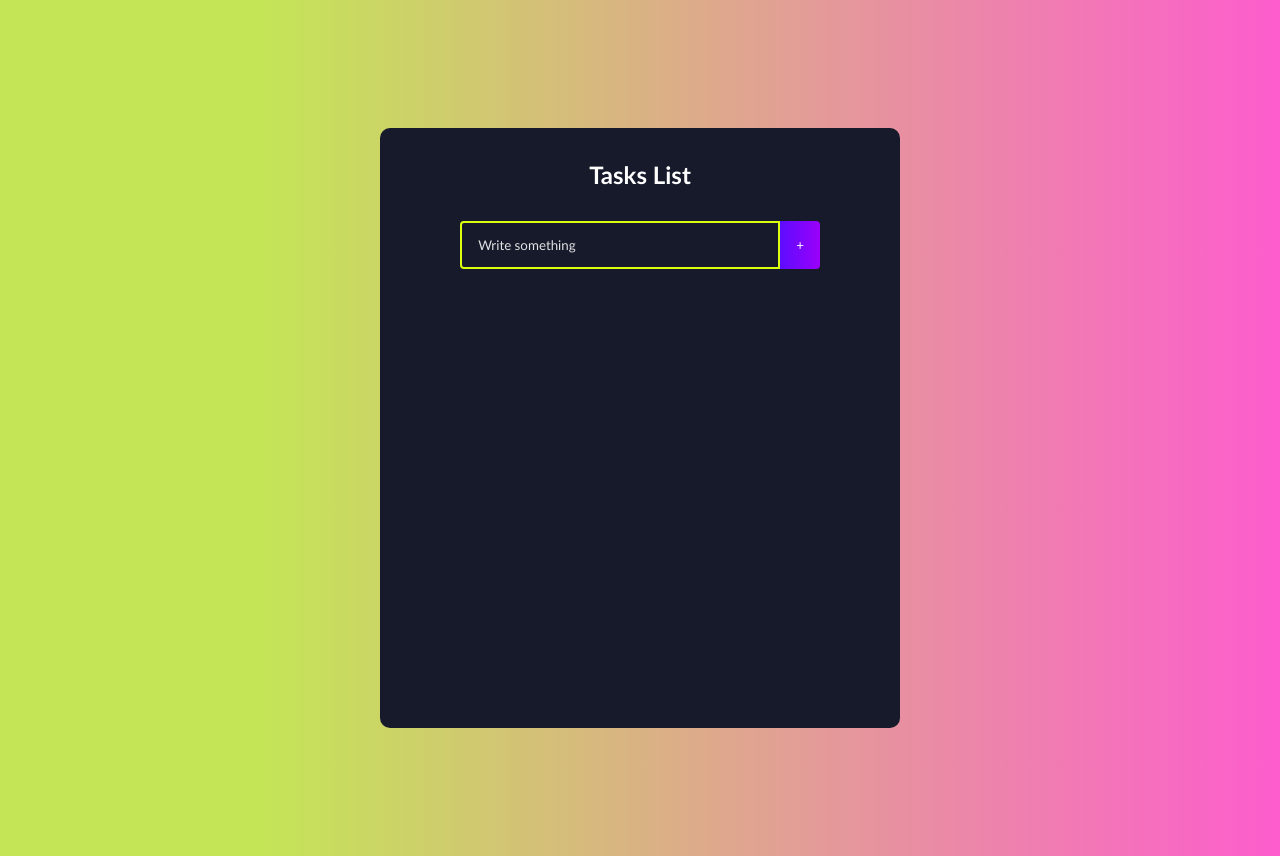
Repository: pratham0305/LGMVIP-Task-01
Page: /
The author's editor kept a copy of each file at every save. The page is drawn from the files as they stood at one save, then again after the next save.
The browser window is 1280 px wide. The pictures show the whole page.
The project was rebuilt for these pictures with package versions that can differ from the ones it lists, and the page was loaded fresh each time. Also part of the build but not shown: src/components/Todo.js.

Above is the page before, as saved 2022-03-21 17:15:41.

### public/index.html
<!DOCTYPE html>
<html lang="en">
  <head>
    <meta charset="utf-8" />
    <link rel="icon" href="%PUBLIC_URL%/favicon.ico" />
    <meta name="viewport" content="width=device-width, initial-scale=1" />
    <meta name="theme-color" content="#000000" />
    <meta
      name="description"
      content="Web site created using create-react-app"
    />
    <link rel="apple-touch-icon" href="%PUBLIC_URL%/logo192.png" />
    <!--
      manifest.json provides metadata used when your web app is installed on a
      user's mobile device or desktop. See https://developers.google.com/web/fundamentals/web-app-manifest/
    -->
    <link rel="manifest" href="%PUBLIC_URL%/manifest.json" />
    <!--
      Notice the use of %PUBLIC_URL% in the tags above.
      It will be replaced with the URL of the `public` folder during the build.
      Only files inside the `public` folder can be referenced from the HTML.

      Unlike "/favicon.ico" or "favicon.ico", "%PUBLIC_URL%/favicon.ico" will
      work correctly both with client-side routing and a non-root public URL.
      Learn how to configure a non-root public URL by running `npm run build`.
    -->
    <title>Task-2</title>
  </head>
  <body>
    <noscript>You need to enable JavaScript to run this app.</noscript>
    <div id="root"></div>
    <!--
      This HTML file is a template.
      If you open it directly in the browser, you will see an empty page.

      You can add webfonts, meta tags, or analytics to this file.
      The build step will place the bundled scripts into the <body> tag.

      To begin the development, run `npm start` or `yarn start`.
      To create a production bundle, use `npm run build` or `yarn build`.
    -->
  </body>
</html>

### src/App.css
* {
  box-sizing: border-box;
  margin: 0;
  padding: 0;
  font-family: 'Trebuchet MS', 'Lucida Sans Unicode', 'Lucida Grande',
    'Lucida Sans', Arial, sans-serif;
}

body {
  background: linear-gradient(
    90deg,
    rgb(196, 230, 86) 20%,
    rgb(253, 93, 205) 100%
  );
}
.todo-app {
  display: flex;
  flex-direction: column;
  justify-content: start;
  width: 520px;
  min-height: 600px;
  background: #161a2b;
  text-align: center;
  margin: 128px auto;
  border-radius: 10px;
  padding-bottom: 32px;
}

h1 {
  margin: 32px 0;
  color: #fff;
  font-size: 24px;
}

.complete {
  text-decoration: line-through;
  opacity: 0.4;
}

.todo-form {
  margin-bottom: 32px;
}

.todo-input {
  padding: 14px 32px 14px 16px;
  border-radius: 4px 0 0 4px;
  border: 2px solid #dbff0c;
  outline: none;
  width: 320px;
  background: transparent;
  color: rgb(255, 252, 96);
}

.todo-input::placeholder {
  color: #e2e2e2;
}

.todo-button {
  padding: 16px;
  border: none;
  border-radius: 0 4px 4px 0;
  cursor: pointer;
  outline: none;
  background: linear-gradient(
    90deg,
    rgba(93, 12, 255, 1) 0%,
    rgba(155, 0, 250, 1) 100%
  );
  color: #fff;
  text-transform: capitalize;
}

.todo-input.edit {
  border: 2px solid #149fff;
}

.todo-button.edit {
  background: linear-gradient(
    90deg,
    rgba(20, 159, 255, 1) 0%,
    rgba(17, 122, 255, 1) 100%
  );
  padding: 16px 22px;
}

.todo-container {
  display: flex;
  flex-direction: row;
  position: relative;
}

.todo-row {
  display: flex;
  justify-content: space-between;
  align-items: center;
  margin: 4px auto;
  color: #fff;
  background: linear-gradient(
    90deg,
    rgba(255, 118, 20, 1) 0%,
    rgba(255, 84, 17, 1) 100%
  );

  padding: 16px;
  border-radius: 5px;
  width: 90%;
}

.todo-row:nth-child(4n + 1) {
  background: linear-gradient(
    90deg,
    rgba(93, 12, 255, 1) 0%,
    rgba(155, 0, 250, 1) 100%
  );
}

.todo-row:nth-child(4n + 2) {
  background: linear-gradient(
    90deg,
    rgba(255, 12, 241, 1) 0%,
    rgba(250, 0, 135, 1) 100%
  );
}

.todo-row:nth-child(4n + 3) {
  background: linear-gradient(
    90deg,
    rgba(20, 159, 255, 1) 0%,
    rgba(17, 122, 255, 1) 100%
  );
}

.icons {
  display: flex;
  align-items: center;
  font-size: 24px;
  cursor: pointer;
}

.delete-icon {
  margin-right: 5px;
  color: #fff;
}

.edit-icon {
  color: #fff;
}

### src/components/TodoList.js
import React, { useState } from 'react';
import TodoForm from './TodoForm';
import Todo from './Todo';

function TodoList() {
  const [todos, setTodos] = useState([]);

  const addTodo = todo => {
    if (!todo.text || /^\s*$/.test(todo.text)) {
      return;
    }

    const newTodos = [todo, ...todos];

    setTodos(newTodos);
    console.log(...todos);
  };

  const updateTodo = (todoId, newValue) => {
    if (!newValue.text || /^\s*$/.test(newValue.text)) {
      return;
    }

    setTodos(prev => prev.map(item => (item.id === todoId ? newValue : item)));
  };

  const removeTodo = id => {
    const removedArr = [...todos].filter(todo => todo.id !== id);

    setTodos(removedArr);
  };

  const completeTodo = id => {
    let updatedTodos = todos.map(todo => {
      if (todo.id === id) {
        todo.isComplete = !todo.isComplete;
      }
      return todo;
    });
    setTodos(updatedTodos);
  };

  return (
    <>
      <h1> Tasks List</h1>
      <TodoForm onSubmit={addTodo} />
      <Todo
        todos={todos}
        completeTodo={completeTodo}
        removeTodo={removeTodo}
        updateTodo={updateTodo}
      />
    </>
  );
}

export default TodoList;

### src/components/TodoForm.js
import React, { useState, useEffect, useRef } from 'react';

function TodoForm(props) {
  const [input, setInput] = useState(props.edit ? props.edit.value : '');

  const inputRef = useRef(null);

  useEffect(() => {
    inputRef.current.focus();
  });

  const handleChange = e => {
    setInput(e.target.value);
  };

  const handleSubmit = e => {
    e.preventDefault();

    props.onSubmit({
      id: Math.floor(Math.random() * 10000),
      text: input
    });
    setInput('');
  };

  return (
    <form onSubmit={handleSubmit} className='todo-form'>
      {props.edit ? (
        <>
          <input
            placeholder='Update your item'
            value={input}
            onChange={handleChange}
            name='text'
            ref={inputRef}
            className='todo-input edit'
          />
          <button onClick={handleSubmit} className='todo-button edit'>
            Edit
          </button>
        </>
      ) : (
        <>
          <input
            placeholder='Write something'
            value={input}
            onChange={handleChange}
            name='text'
            className='todo-input'
            ref={inputRef}
          />
          <button onClick={handleSubmit} className='todo-button'>+
          </button>
        </>
      )}
    </form>
  );
}

export default TodoForm;

Loaded but not shown: src/index.js (common file); src/index.css (common file); src/App.js (common file); src/reportWebVitals.js (common file)

After the next save:
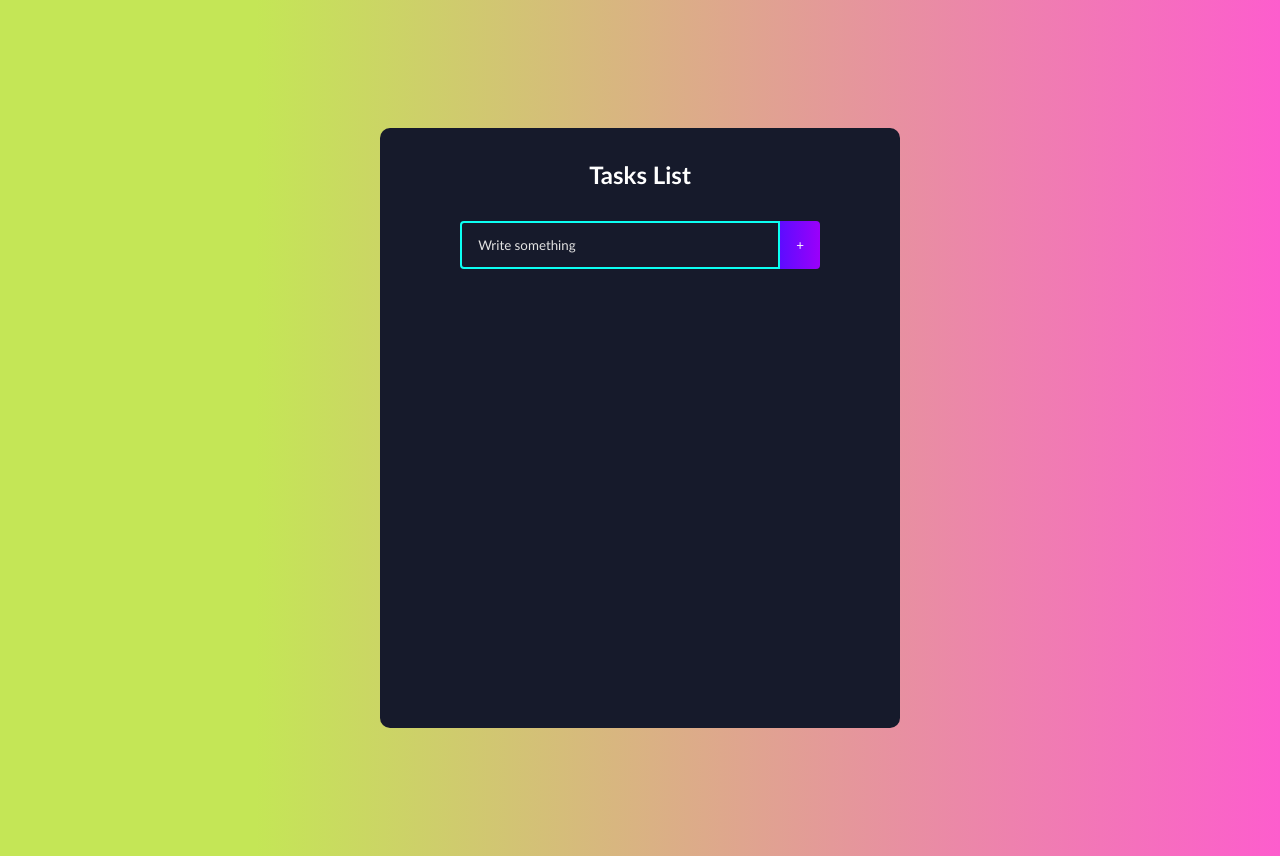
Saved 9 s later.
--- a/src/App.css
+++ b/src/App.css
@@ -44,7 +44,7 @@ h1 {
 .todo-input {
   padding: 14px 32px 14px 16px;
   border-radius: 4px 0 0 4px;
-  border: 2px solid #dbff0c;
+  border: 2px solid #0cfff3;
   outline: none;
   width: 320px;
   background: transparent;
